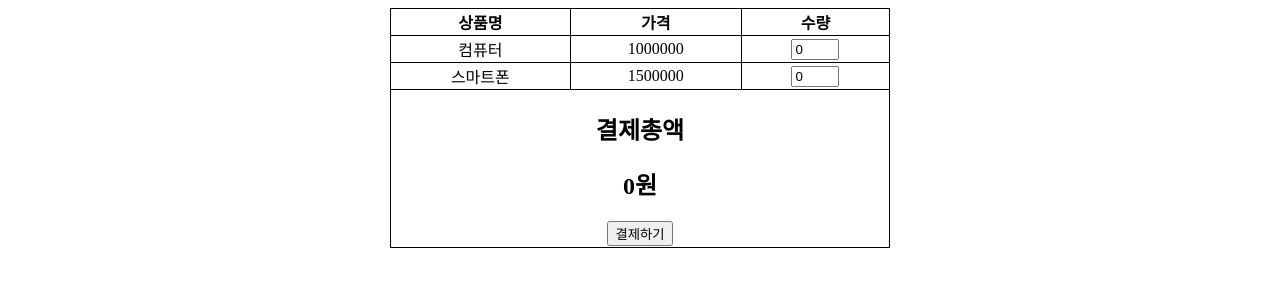
Repository: MySunTY/JSP
Page: http://localhost/JSP08/
An editor plug-in stored every save of this project. The page is shown before and after the next save, followed by the edit.
The browser window is 1280 px wide. The pictures show the whole page.
The page is served by Tomcat 9.

Above is the page before, as saved 2024-05-16 05:54:00.

After the next save:
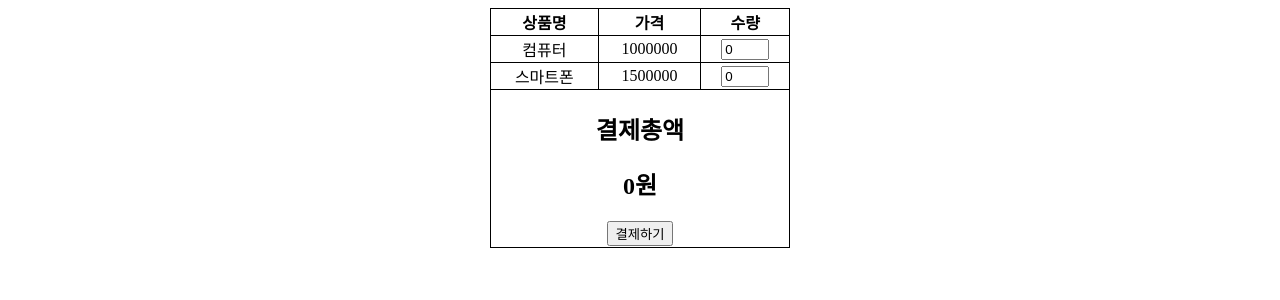
Saved 13 s later.
--- a/JSP08/src/main/webapp/index.jsp
+++ b/JSP08/src/main/webapp/index.jsp
@@ -14,7 +14,7 @@
 				border-collapse : collapse;
 				text-align : center;
 				margin: 0 auto;
-				width: 500px;
+				width: 300px;
 			}
 
 
